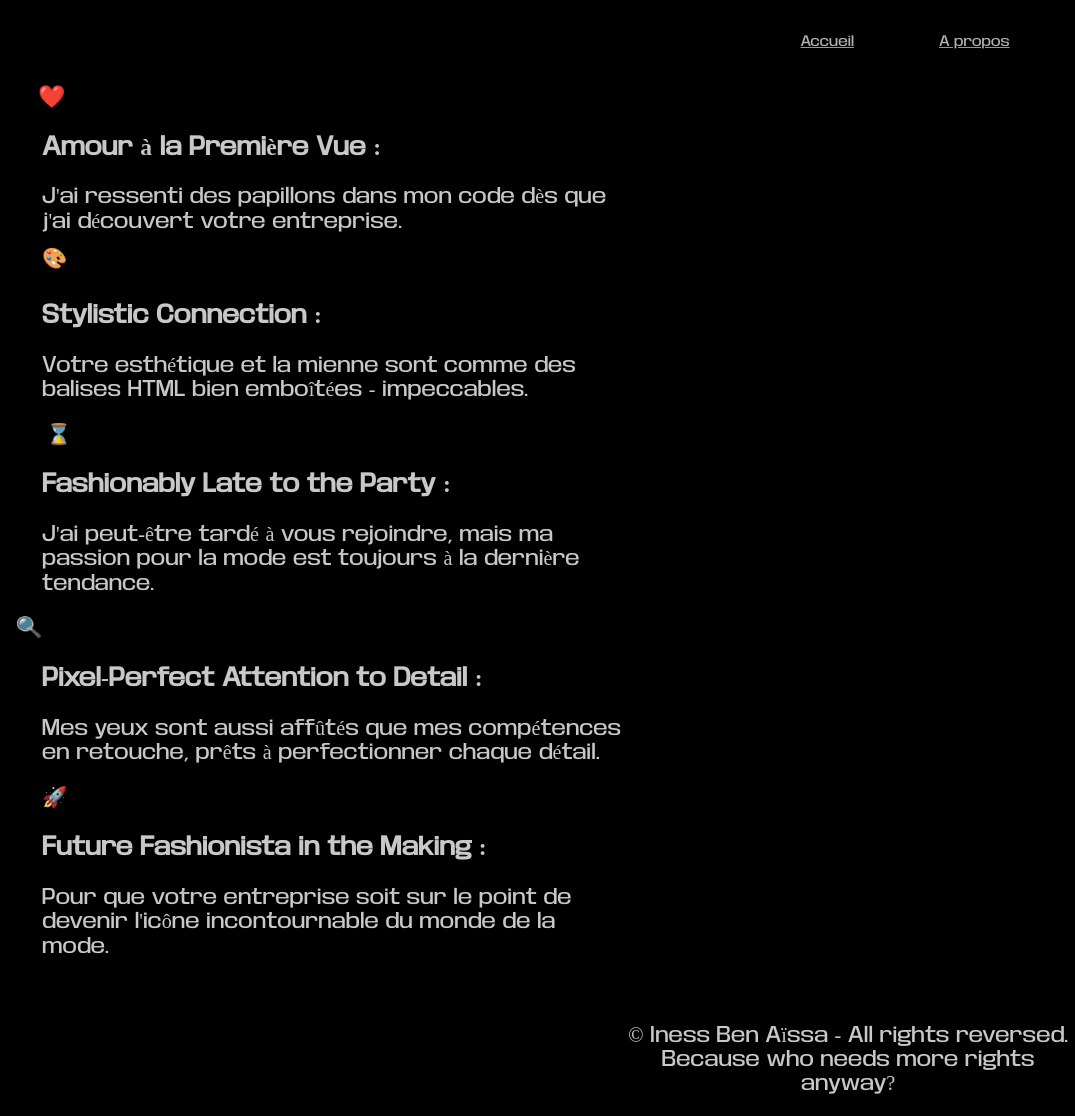
Repository: inessben/application
Page: company/company.html
The author's editor kept a copy of each file at every save. The page is drawn from the files as they stood at one save, then again after the next save.
The browser window is 1280 px wide. The pictures show the whole page, at 84% of full size.

Above is the page before, as saved 2023-12-04 03:10:26.

After the next save:
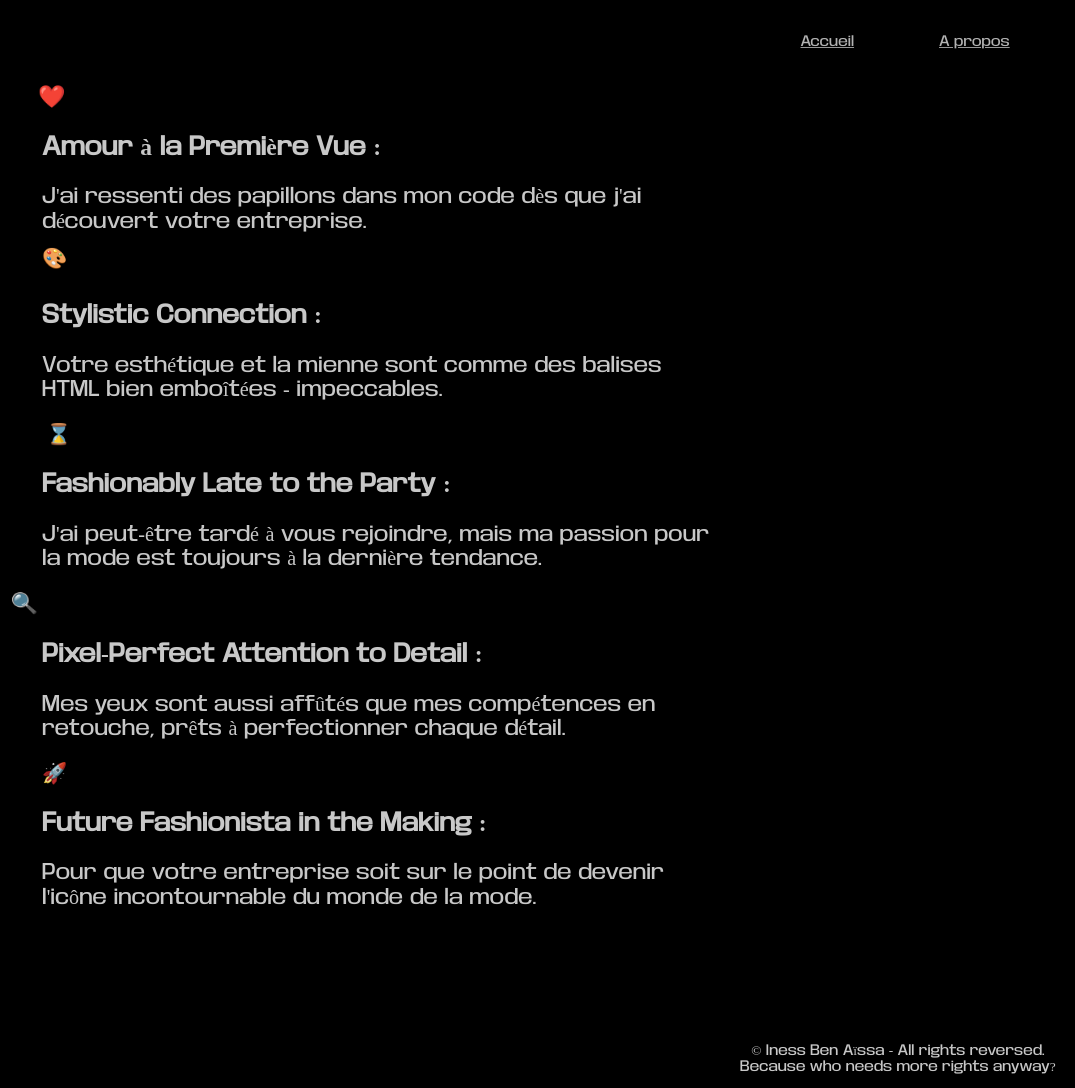
Saved 15 s later.
--- a/company/company.css
+++ b/company/company.css
@@ -142,5 +142,5 @@ footer{
     justify-content: center;
     text-align: center;
     bottom: -900px;
-    font-style: 16px;
+    font-size: 16px;
 }
